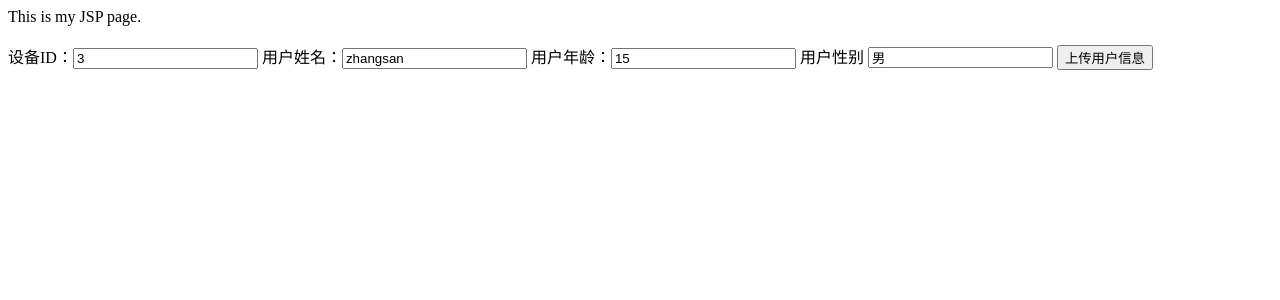
Repository: ruanhuabin/IntelliEyeShade
Page: http://localhost/IntelliEyeShade/devices/devices_test.jsp
The author's editor kept a copy of each file at every save. The page is drawn from the files as they stood at one save, then again after the next save.
The browser window is 1280 px wide. The pictures show the whole page.
The page is served by Tomcat 9. Nobody is signed in. The application's start-up code is not run.

Above is the page before, as saved 2016-12-15 03:10:06.

After the next save:
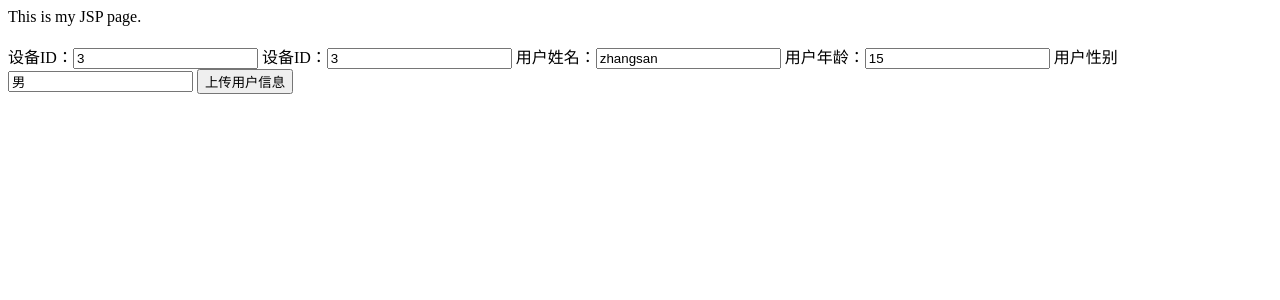
Saved 12 s later.
--- a/IntelliEyeShade/WebRoot/devices/devices_test.jsp
+++ b/IntelliEyeShade/WebRoot/devices/devices_test.jsp
@@ -31,6 +31,7 @@ String basePath = request.getScheme()+"://"+request.getServerName()+":"+request.
 
 
   <form action="devices/Devices_uploadDeviceInfo.action" method="post">
+  设备ID：<input type="text" name="DeviceID" value="3"/>
   设备ID：<input type="text" name="UserID" value="3"/>
   用户姓名：<input type="text" name="UserName" value="zhangsan"/>
   用户年龄：<input type="text" name="UserAge" value="15"/>
